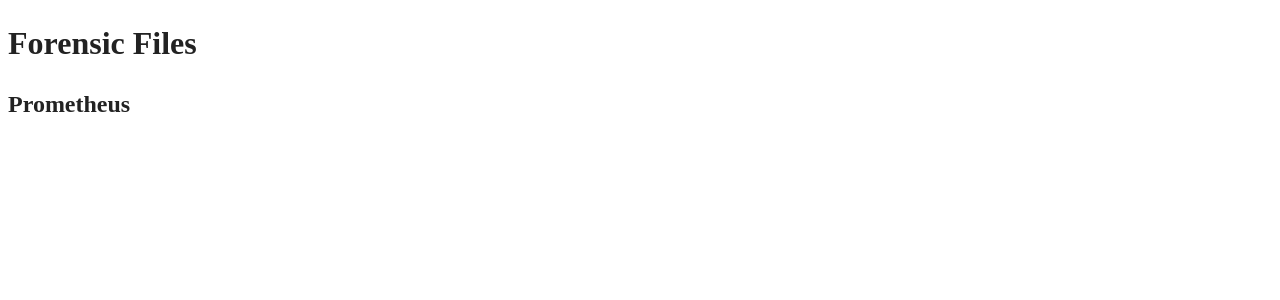
Repository: Hennyyyy8/Henver-Bio-Assignment02
Page: index.html
These files come from the project's save history. The page is drawn as it stood at one moment and after the next save; the edit follows.
The browser window is 1280 px wide. The pictures show the whole page.

Above is the page before, as saved 2024-01-25 18:52:03.

After the next save:
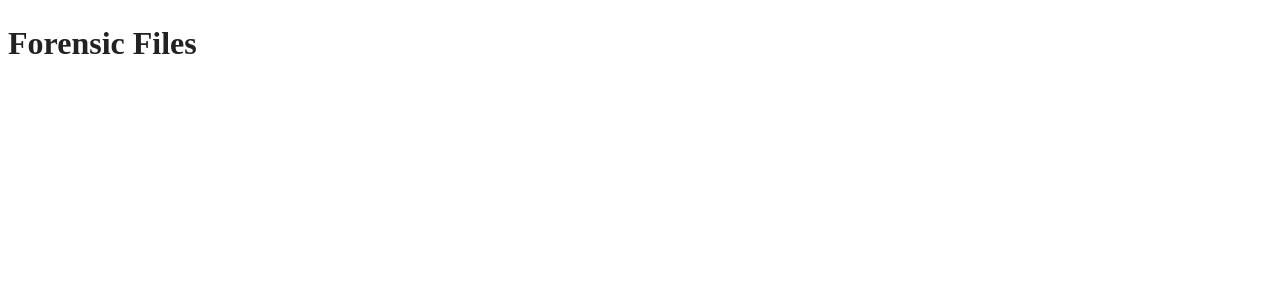
Saved 10 min 0 s later.
--- a/index.html
+++ b/index.html
@@ -23,30 +23,33 @@
 
 <header class="header">
   <div class="wordmark">
-    <div>
-      <div>
+    <div class="middleWordmark">
+      <div class="innerWordmark">
         <h1>Forensic Files</h1>
       </div>
     </div>
   </div>
 
   <div class="menu">
-    <div>
-
-    </div>
+    <div class="menuBar"></div>
   </div>
 </header>
 
 <body>
 
-  <div>
-    <div>
-      <div>
-        <h2>Prometheus</h2>
+  <div class="bannerContainer">
+    <div class="banner">
+
+    </div>
+  </div>
+
+  <div class="secondContainer">
+    <div class="middleSecondContainer">
+      <div class="innereSecondContainer">
+
       </div>
     </div>
   </div>
-
 </body>
 
 </html>
